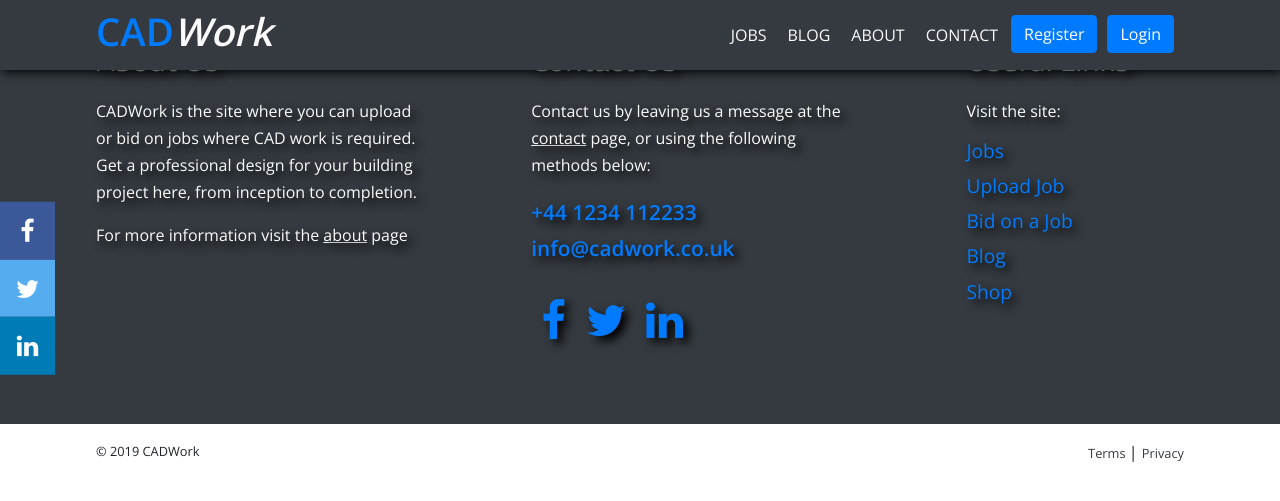
Repository: JShad30/cadwork
Page: templates/base.html
The author's editor kept a record of every edit. The page is drawn from the files as they stood at one moment, then again after the next edit.
The browser window is 1280 px wide. The pictures show the whole page.
The template is drawn by Django 2.2. The application's start-up code is not run. Other server files are loaded and not shown. The template is opened directly, without the code that normally fills it, so the values that code supplies are empty.

Above is the page before.

### templates/base.html
{% load staticfiles %}
<!DOCTYPE html>
<html lang="en">

<head>
	<!--Meta descriptions-->
    <meta charset="UTF-8">
    <meta name="viewport" content="width=device-width, initial-scale=1.0">
    <meta http-equiv="X-UA-Compatible" content="ie=edge">
    <meta name="description" content="Upload jobs and find a CAD Professional for your project">

    <!--Website title and description-->
    <title>CADWork</title>

    <!--Links to font awesome used for social icons and the css file and the bootstrap framework-->
    <link rel="stylesheet" href="https://stackpath.bootstrapcdn.com/bootstrap/4.3.1/css/bootstrap.min.css" integrity="sha384-ggOyR0iXCbMQv3Xipma34MD+dH/1fQ784/j6cY/iJTQUOhcWr7x9JvoRxT2MZw1T" crossorigin="anonymous">
    <link rel="stylesheet" href="https://cdnjs.cloudflare.com/ajax/libs/font-awesome/4.7.0/css/font-awesome.min.css">
    <link rel="stylesheet" href="{% static 'css/styles.css' %}">
</head>

<!--This html page will have the navbar and footer that will be used on every one of the pages-->
<body>

	<nav class="navbar navbar-expand-lg navbar-dark bg-dark">
		<div class="navbar-container">
			<div class="navbar-logo-dropdown-icon">
			    <h2 class="navbar-logo"><a class="navbar-brand" href="#"><span class="navbar-logo-blue">CAD</span><span class="navbar-logo-white">Work</span></a></h2>
			    <button class="navbar-toggler" type="button" data-toggle="collapse" data-target="#navbarNavDropdown" aria-controls="navbarNavDropdown" aria-expanded="false" aria-label="Toggle navigation">
			        <span class="navbar-toggler-icon"></span>
			    </button>
		    </div>
		    <div class="collapse navbar-collapse" id="navbarNavDropdown">
		        <ul class="navbar-nav ml-1">
		        	<li class="nav-item">
		                <a class="nav-link">Jobs</a>
		      		</li>
		            <li class="nav-item">
		                <a class="nav-link" href="#">Blog</a>
		            </li>
		            <li class="nav-item">
		                <a class="nav-link" href="#">About</a>
		            </li>
		            <li class="nav-item">
		                <a class="nav-link" href="#">Contact</a>
		            </li>
		            <!--Buttons that link to pages allowing the user to sign up or login to their membership area-->

	                {% if user.is_authenticated %}
	                <!--Account link which only appears if user is logged in-->
	                <div class="nav-item">
	                	<a class="nav-link" href="#">Account</a>
	                </div>
	                <div class="nav-item">
	                	<button class="btn btn-info" href="#" role="button">Logout</button>
	                </div>

		            {% else %}
		            <div class="nav-item nav-buttons">
	                	<button class="btn btn-primary" href="#" role="button">Register</button>
	                	<button class="btn btn-primary" href="#" role="button">Login</button>
	                </div>
		            {% endif %}
		    	</ul>
		    	<!--Social links in destop views wil be attached to the side of the page-->
	            <div class="navbar-social-link ml-1">
	                <a class="social-link" href="https://www.facebook.com/" target="_blank"><i class="fa fa-facebook"></i></a>
	                <a class="social-link" href="https://twitter.com/" target="_blank"><i class="fa fa-twitter"></i></a>
	                <a class="social-link" href="https://www.linkedin.com/?hl=en" target="_blank"><i class="fa fa-linkedin"></i></a>
	            </div>
		    	<!--Contact and about page only appears in mobile views-->
		        <div class="terms-privacy-navbar">
		          	<div class="terms-privacy-navbar-links">
		          		<span class="terms-privacy-link">&#169; 2019 CADWork</span>
		          		<div class="terms-privacy-navbar">
				            <a id="terms-navbar" class="terms-privacy-link" href="#">Terms</a><span class="terms-privacy-navbar-divider"> | </span><a id="privacy-navbar" class="terms-privacy-link" href="#">Privacy</a></p>
			            </div>
			        </div>
		        </div>
		  	</div>
		</div>
	</nav>

    <!--These social icons only display when the website is displayed in desktop views -->
    <div class="icon-bar-desktop-views">
		<a href="https://www.facebook.com/" target="_blank" class="icon-bar-facebook"><i class="fa fa-facebook"></i></a>
		<a href="https://twitter.com/" target="_blank" class="icon-bar-twitter"><i class="fa fa-twitter"></i></a>
		<a href="https://www.linkedin.com/?hl=en" target="_blank" class="icon-bar-linkedin"><i class="fa fa-linkedin"></i></a>
	</div>

    {% block content %}
    {% endblock %}

    <footer class="footer">
		<div class="footer-top">
			<div class="footer-container footer-top-container">
	            <!--Links at the top of the footer section-->
				<div class="footer-top-areas">
					<!--Select the recipes by meal type-->
					<div class="footer-section">
						<h3 class="footer-header">About Us</h3>
						<p class="footer-paragraph">CADWork is the site where you can upload or bid on jobs where CAD work is required. Get a professional design for your building project here, from inception to completion.</p>
						<p class="footer-paragraph">For more information visit the <span class="footer-about-contact-link"><a href="#">about</a></span> page</p>
					</div>
					<!--Select recipes by allergen requirements-->
					<div class="footer-section">
						<h3 class="footer-header">Contact Us</h3>
						<p class="footer-paragraph">Contact us by leaving us a message at the <span class="footer-about-contact-link"><a href="#">contact</a></span> page, or using the following methods below:</p>
						<div class="footer-contact options">
							<p class="footer-paragraph" id="footer-paragraph-phone"><a href="tel://+441234112233">+44 1234 112233</a></p>
							<p class="footer-paragraph" id="footer-paragraph-email"><a href="mailto:info@cadwork.co.uk">info@cadwork.co.uk</a></p>
						</div>
						<!--Social links in the footer-->
						<div class="footer-social">
			                <ul class="social-links">
			                    <li class="social"><a class="dropdown-content-link social-link" href="https://www.facebook.com/" target="_blank"><i class="fa fa-facebook"></i></a></li>
			                    <li class="social"><a class="dropdown-content-link social-link" href="https://twitter.com/" target="_blank"><i class="fa fa-twitter"></i></a></li>
			                    <li class="social"><a class="dropdown-content-link social-link" href="https://www.linkedin.com/?hl=en" target="_blank"><i class="fa fa-linkedin"></i></a></li>
			                </ul>
			            </div>

					</div>
					<!--Allow the user to select the pages that show the most recent and the most popular recipes-->
					<div class="footer-section" id="footer-about-section">
						<h3 class="footer-header">Useful Links</h3>
						<p class="footer-paragraph">Visit the site:</p>
						<div class="footer-contact options">
							<p class="footer-paragraph footer-link"><a href="#">Jobs</a></p>
							<p class="footer-paragraph footer-link"><a href="#">Upload Job</a></p>
							<p class="footer-paragraph footer-link"><a href="#">Bid on a Job</a></p>
							<p class="footer-paragraph footer-link"><a href="#">Blog</a></p>
							<p class="footer-paragraph footer-link"><a href="#">Shop</a></p>
						</div>
					</div>
				</div>
			</div>
		</div>
		<!--Bottom section of the footer-->
		<div class="footer-bottom footer-bottom-container">
			<div class="footer-container">
	            <div class="footer-statement">
	            	<!--Copyright statement-->
	            	<p class="statement">&#169; 2019 CADWork</p>
	            	<div class="footer-contact-about">
						<p class="footer-contact-about-links">
							<!--Links to the contact and about pages-->
							<span class="footer-contact-about-links-span"><a id="about-footer" class="terms-about-link" href="#">Terms </a></span><span class="footer-contact-about-links-divider">|</span>
				            <span class="footer-contact-about-links-span"><a id="contact-footer" class="terms-about-link" href="#">Privacy</a></span>
				        </p>
					</div>
	            </div>
	        </div>
		</div>
	</footer>

    <!--Scripts to run-->
    <script src="https://code.jquery.com/jquery-3.3.1.slim.min.js" integrity="sha384-q8i/X+965DzO0rT7abK41JStQIAqVgRVzpbzo5smXKp4YfRvH+8abtTE1Pi6jizo" crossorigin="anonymous"></script>
    <script src="https://cdnjs.cloudflare.com/ajax/libs/popper.js/1.14.7/umd/popper.min.js" integrity="sha384-UO2eT0CpHqdSJQ6hJty5KVphtPhzWj9WO1clHTMGa3JDZwrnQq4sF86dIHNDz0W1" crossorigin="anonymous"></script>
    <script src="https://stackpath.bootstrapcdn.com/bootstrap/4.3.1/js/bootstrap.min.js" integrity="sha384-JjSmVgyd0p3pXB1rRibZUAYoIIy6OrQ6VrjIEaFf/nJGzIxFDsf4x0xIM+B07jRM" crossorigin="anonymous"></script>

</body>

</html>

### static/css/styles.css
/*Font style imports*/

/*Colours to use in site*/
/*
blue colour - #007bff
dark grey - #343a40
White colour - #FAFAFA
*/

/*Importing the fonts */

/* Open Sans font to be used throughout the site */
@import url('https://fonts.googleapis.com/css?family=Open+Sans:400,600&display=swap');

/* Titillium web to be used for the headers throughout the site */
@import url('https://fonts.googleapis.com/css?family=Titillium+Web:400,700&display=swap');

/* Global styles styles*/

* {
    margin: 0;
    font-family: "Open Sans", sans-serif;
}

h1, h2, h3, h4, h5, h6 {
    font-family: "Titillium Web", sans-serif;
}







/*---------- Navbar ----------*/
.navbar {
    display: flex;
    justify-content: center;
    position: fixed;
    width: 100%;
    padding: 0;
    box-shadow: 2px 2px 10px #000000;
}

.nav-item {
    display: flex;
    flex-direction: column;
    justify-content: flex-start;
    width: 100%;
    align-items: flex-start;
}

.nav-link i {
    font-size: 1.2em;
}

.nav-buttons {
    margin: 20px 0;
    display: flex;
    flex-direction: row;
}

.dropdown-menu {
    position: absolute;
    width: 100%;
    border-color: rgba(255,255,255,0.1);
    border-width: 0.4px;
    width: 150px;
    border-radius: 0;
    border: 0.5px;
}

.dropdown-item {
    text-transform: uppercase;
    color: #FAFAFA;
}

.dropdown-item:hover {
    background-color: #343a40;
}

.btn-primary {
    font-size: 1.4em;
    margin-right: 20px;
}

.dropdown-item:hover {
    color: #007bff;
}

.navbar-container {
    width: 85%;
    max-width: 1200px;
}

.navbar-logo-dropdown-icon {
    height: 70px;
    display: flex;
    flex-direction: row;
    justify-content: space-between;
    align-items: center;
}

.navbar-logo a {
    font-size: 1.2em;
    font-weight: 600;
}

.navbar-logo-blue {
    color: #007bff;
}

.navbar-logo-white {
    color: #FAFAFA;
    font-style: italic;
}

.navbar-dark .nav-item .nav-link {
    text-transform: uppercase;
    color: #fafafa;
    font-weight: 400;
    font-size: 1em;
    margin-right: 5px;
    transition-duration: 0.1s;
    transition-timing-function: ease-in-out;
}

.navbar-dark .nav-item .nav-link:hover {
    transition-property: color;
    color: #007bff;
    transition-duration: 0.1s;
    transition-timing-function: ease-in-out;
}

.terms-privacy-navbar-links {
    display: flex;
    flex-direction: row;
    justify-content: space-between;
    padding: 20px 0;
}

.navbar-social-link .social-link i {
    color: #FAFAFA;
    font-size: 2em;
    margin: 10px 10px 10px 0;
    transition-duration: 0.1s;
    transition-timing-function: ease-in-out;
}

.navbar-social-link .social-link i:hover {
    color: #007bff;
    transition-duration: 0.1s;
    transition-timing-function: ease-in-out;
}

.terms-privacy-navbar a:hover {
    color: #007bff;
    text-decoration: none;
}

.terms-privacy-link {
    color: #FAFAFA;
}

.terms-privacy-navbar-divider {
    color: #FAFAFA;
}

/*---------- End of social icons at the side of the page in desktop views ----------*/







/*----------Social link bar----------*/
.icon-bar-desktop-views {
    top: 40%;
    position: fixed;
    -webkit-transform: translateY(-50%);
    -ms-transform: translateY(-50%);
    transform: translateY(-50%);
}

.icon-bar-desktop-views a {
    display: none;
    text-align: center;
    transition-timing-function: ease-in-out;
    padding: 10px 12px;
    transition-duration: 0.1s;
    color: white;
    font-size: 25px;
}

.icon-bar-facebook {
    background-color: #3B5998;
    color: #FFFFFF;
    width: 55px;
    transition-property: width;
    transition-timing-function: ease-in-out;
}

.icon-bar-facebook:hover {
    transition-property: width;
    transition-timing-function: ease-in-out;
    width: 65px;
}

.icon-bar-twitter {
    background-color: #55ACEE;
    color: #FFFFFF;
    width: 55px;
    transition-property: width;
    transition-timing-function: ease-in-out;
}

.icon-bar-twitter:hover {
    transition-property: width;
    transition-timing-function: ease-in-out;
    width: 65px;
}

.icon-bar-linkedin {
    background-color: #007bb5;
    color: #FFFFFF;
    width: 55px;
    transition-property: width;
    transition-timing-function: ease-in-out;
}

.icon-bar-linkedin:hover {
    transition-property: width;
    transition-timing-function: ease-in-out;
    width: 65px;
}

.icon-bar-facebook:hover,
.icon-bar-twitter:hover,
.icon-bar-linkedin:hover {
    padding-left: 20px;
}
/*----------End of Social link bar----------*/






/*---------- Footer ----------*/
.footer {
    display: flex;
    flex-direction: column;
    align-items: center;
}

.footer-bottom {
    width: 100%;
    display: flex;
    justify-content: center;
}

.footer-top {
    width: 100%;
    background-color: #343a40;
    display: flex;
    justify-content: center;
}

.footer-container {
    width: 85%;
    max-width: 1200px;
}

.footer-top-container {
    margin-top: 2.5em;
}

.footer-bottom-container {
    margin-top: 1em;
}

.footer-section {
    margin-bottom: 3em;
}

.footer-header {
    color: #FAFAFA;
    font-size: 2em;
    margin-bottom: .6em;
    text-shadow: 5px 5px 10px #000000;
}

.footer-paragraph {
    color: #FAFAFA;
    font-size: 1em;
    line-height: 1.7em;
    text-shadow: 5px 5px 10px #000000;
}

.footer-paragraph a {
    transition-duration: 0.1s;
    transition-timing-function: ease-in-out;
}

.footer-link {
    font-size: 1.2em;
    line-height: 1em;
}

.footer-paragraph a:hover {
    transition-property: color;
    color: #FAFAFA;
    transition-duration: 0.1s;
    transition-timing-function: ease-in-out;
    text-decoration: none;
}

.footer-paragraph span {
    text-decoration: underline;
}

.footer-paragraph span a {
    color: #FAFAFA;
    transition-duration: 0.1s;
    transition-timing-function: ease-in-out;
}

.footer-paragraph span a:hover {
    transition-property: color;
    color: #007bff;
    transition-duration: 0.1s;
    transition-timing-function: ease-in-out;
}

#footer-paragraph-phone,
#footer-paragraph-email {
    font-size: 1.3em;
    font-weight: 600;
    margin-bottom: 0;
    color: #007bff;
}

/*Social links at the top of the footer*/
.footer-social {
    width: 100%;
    display: flex;
    justify-content: left;
    align-items: center;
    min-height: 50px;
    margin: 30px 0;
}

.social-links {
    padding: 20px;
    display: flex;
    flex-direction: row;
    justify-content: space-around;
    padding: 0;
    margin: 0;
    list-style-type: none;
}

.social {
    margin: 0 10px;
}

.social-links li a {
    text-decoration: none;
}

.social-links li a i {
    font-size: 2.7em;
    display: flex;
    transition-duration: 0.1s;
    transition-timing-function: ease-in-out;
    color: #007bff;
    text-shadow: 5px 5px 10px #000000;
}

.social-links li a i:hover {
    transition-property: color;
    transition-duration: 0.1s;
    transition-timing-function: ease-in-out;
    color: #FAFAFA;
}

/* Footer copyright and terms and privacy links at the bottom*/
.footer-statement {
    display: flex;
    justify-content: space-between;
}

.statement,
.footer-contact-about-links-span {
    font-size: 0.8em;
}

.statement {
    display: flex;
    align-items: center;
}

.footer-contact-about-links-span a {
    color: #343a40;
    transition-duration: 0.1s;
    transition-timing-function: ease-in-out;
}

.footer-contact-about-links-span a:hover {
    text-decoration: none;
    color: #007bff;
    transition-duration: 0.1s;
    transition-timing-function: ease-in-out;
}

/*---------- End of Footer ----------*/









/*---------- Larger screen sizes ----------*/
/* Horizontal mobile screens */
@media(min-width: 500px) {
}

/*tablet screens*/
@media(min-width: 768px) {

    /*---------- Footer sections ----------*/
    .footer-top-areas {
        display: flex;
        flex-direction: row;
        justify-content: space-between;
    }

    .footer-section {
        width: 30%;
    }

    #footer-about-section {
        width: 20%;
    }
    /*---------- End of Footer sections ----------*/
}

/*Large tablet and small laptop screens*/
@media(min-width: 992px) {
    /*----------Navbar----------*/
    .navbar {
        padding: 0;
    }

    .navbar-container {
        display: flex;
        flex-direction: row;
        justify-content: space-between;
    }

    .terms-privacy-navbar {
        display: none;
    }

    .btn-primary {
        font-size: 1em;
        margin-right: 10px;
    }

    .nav-buttons {
        margin: 0;
    }

    .navbar-social-link {
        display: none;
    }

    .navbar-collapse {
        justify-content: flex-end;
    }

    /*----------Social link bar display----------*/
    .icon-bar-desktop-views a {
        display: block;
    }
    /*End of social link bar display*/
    /*----------End of Navbar in laptop and desktop views-----------*/

}

/*Larger laptop and desktop screens*/
@media(min-width: 1224px) {
}

After the next edit:
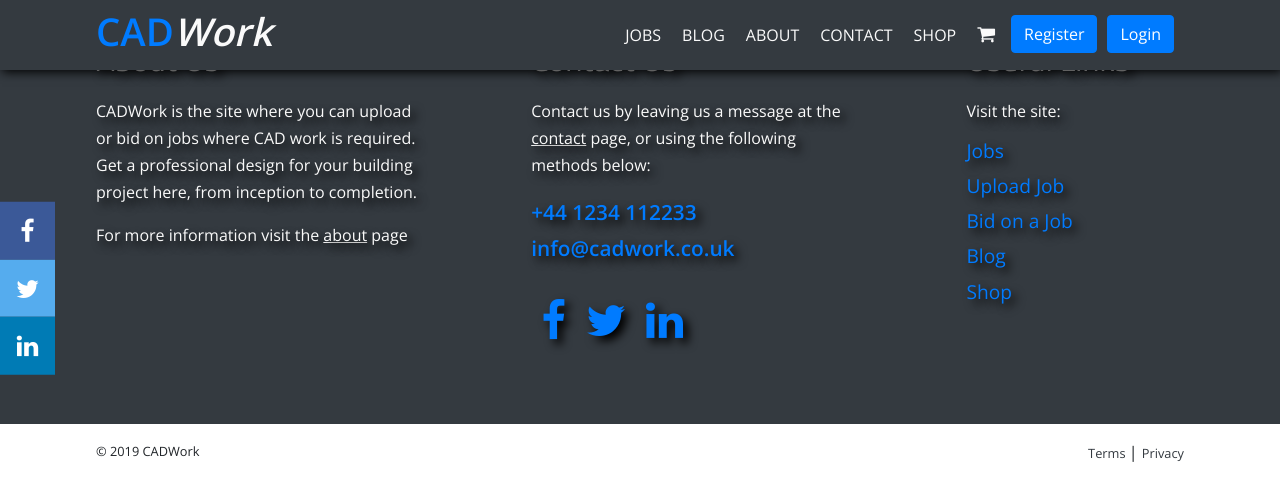
The edit:
--- a/templates/base.html
+++ b/templates/base.html
@@ -42,6 +42,12 @@
 		            </li>
 		            <li class="nav-item">
 		                <a class="nav-link" href="#">Contact</a>
+		            </li>
+		            <li class="nav-item">
+		                <a class="nav-link" href="#">Shop</a>
+		            </li>
+		            <li class="nav-item">
+		                <a class="nav-link mr-2" href="#"><i class="fa fa-shopping-cart"></i></a>
 		            </li>
 		            <!--Buttons that link to pages allowing the user to sign up or login to their membership area-->
 
